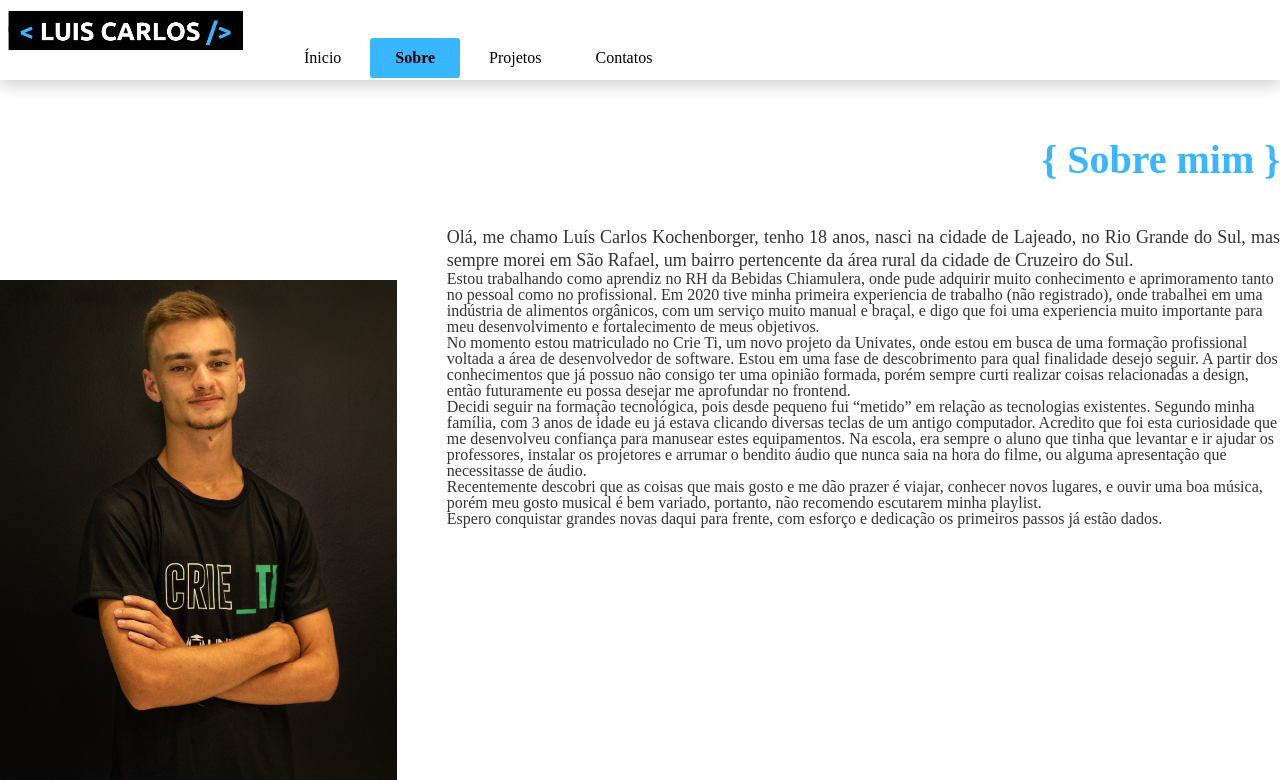
Repository: Iluiscarlos/SitePortifolio
Page: about.html
These files come from the project's save history. The page is drawn as it stood at one moment and after the next save; the edit follows.
The browser window is 1280 px wide. The pictures show the whole page.
Some web libraries are served in a nearby version.

Above is the page before, as saved 2022-05-23 22:23:22.

After the next save:
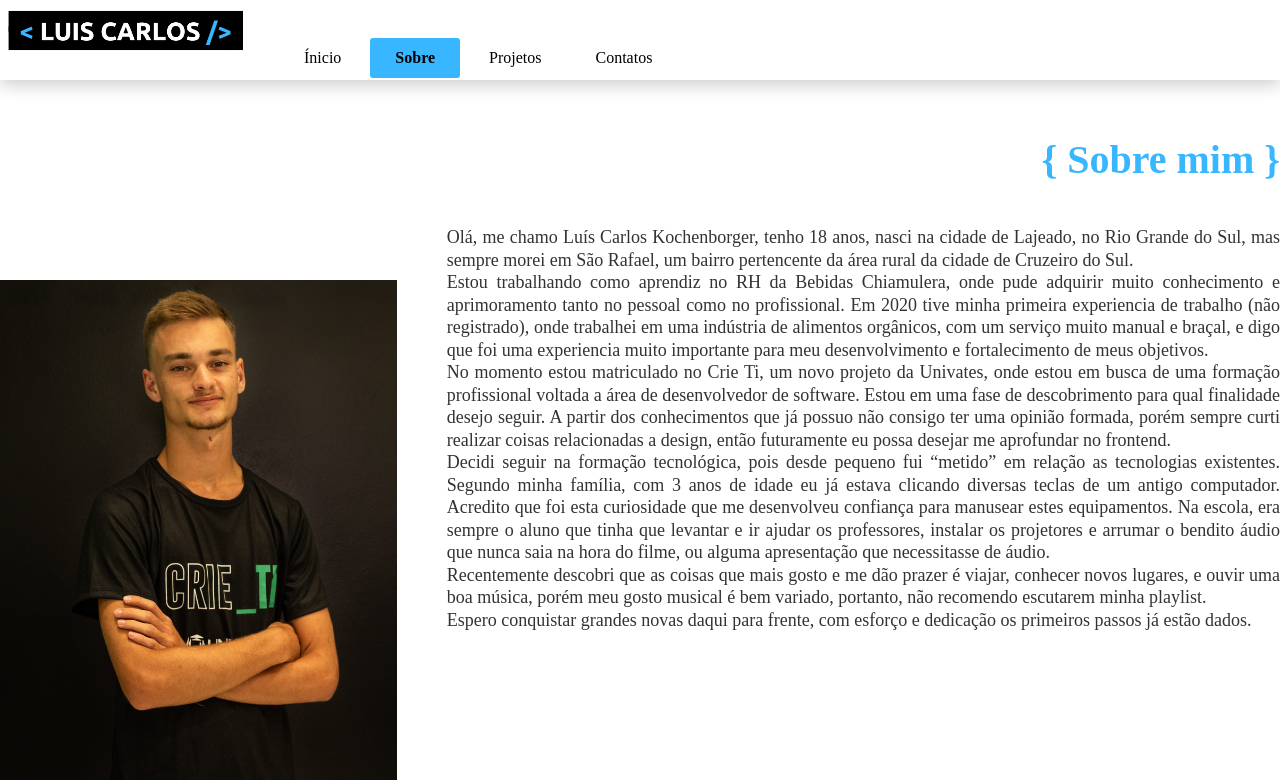
Saved 42 s later.
--- a/about.html
+++ b/about.html
@@ -33,13 +33,14 @@
         <div>
             <h1 class="about__tittle">{ Sobre mim }</h1>
             <br>
-            <p class="about__content">Olá, me chamo Luís Carlos Kochenborger, tenho 18 anos, nasci na cidade de Lajeado, no Rio Grande do Sul, mas sempre morei em São Rafael, um bairro pertencente da área rural da cidade de Cruzeiro do Sul.</p>
+            <div class="about__content">
+            <p>Olá, me chamo Luís Carlos Kochenborger, tenho 18 anos, nasci na cidade de Lajeado, no Rio Grande do Sul, mas sempre morei em São Rafael, um bairro pertencente da área rural da cidade de Cruzeiro do Sul.</p>
                 <p>Estou trabalhando como aprendiz no RH da Bebidas Chiamulera, onde pude adquirir muito conhecimento e aprimoramento tanto no pessoal como no profissional. Em 2020 tive minha primeira experiencia de trabalho (não registrado), onde trabalhei em uma indústria de alimentos orgânicos, com um serviço muito manual e braçal, e digo que foi uma experiencia muito importante para meu desenvolvimento e fortalecimento de meus objetivos.</p>
                 <p>No momento estou matriculado no Crie Ti, um novo projeto da Univates, onde estou em busca de uma formação profissional voltada a área de desenvolvedor de software. Estou em uma fase de descobrimento para qual finalidade desejo seguir. A partir dos conhecimentos que já possuo não consigo ter uma opinião formada, porém sempre curti realizar coisas relacionadas a design, então futuramente eu possa desejar me aprofundar no frontend.</p>
                 <p>Decidi seguir na formação tecnológica, pois desde pequeno fui “metido” em relação as tecnologias existentes. Segundo minha família, com 3 anos de idade eu já estava clicando diversas teclas de um antigo computador. Acredito que foi esta curiosidade que me desenvolveu confiança para manusear estes equipamentos. Na escola, era sempre o aluno que tinha que levantar e ir ajudar os professores, instalar os projetores e arrumar o bendito áudio que nunca saia na hora do filme, ou alguma apresentação que necessitasse de áudio.</p>
                 <p>Recentemente descobri que as coisas que mais gosto e me dão prazer é viajar, conhecer novos lugares, e ouvir uma boa música, porém meu gosto musical é bem variado, portanto, não recomendo escutarem minha playlist.</p>
                 <p>Espero conquistar grandes novas daqui para frente, com esforço e dedicação os primeiros passos já estão dados.</p>
-
+            </div>
         </div>
     </section>
 </body>
